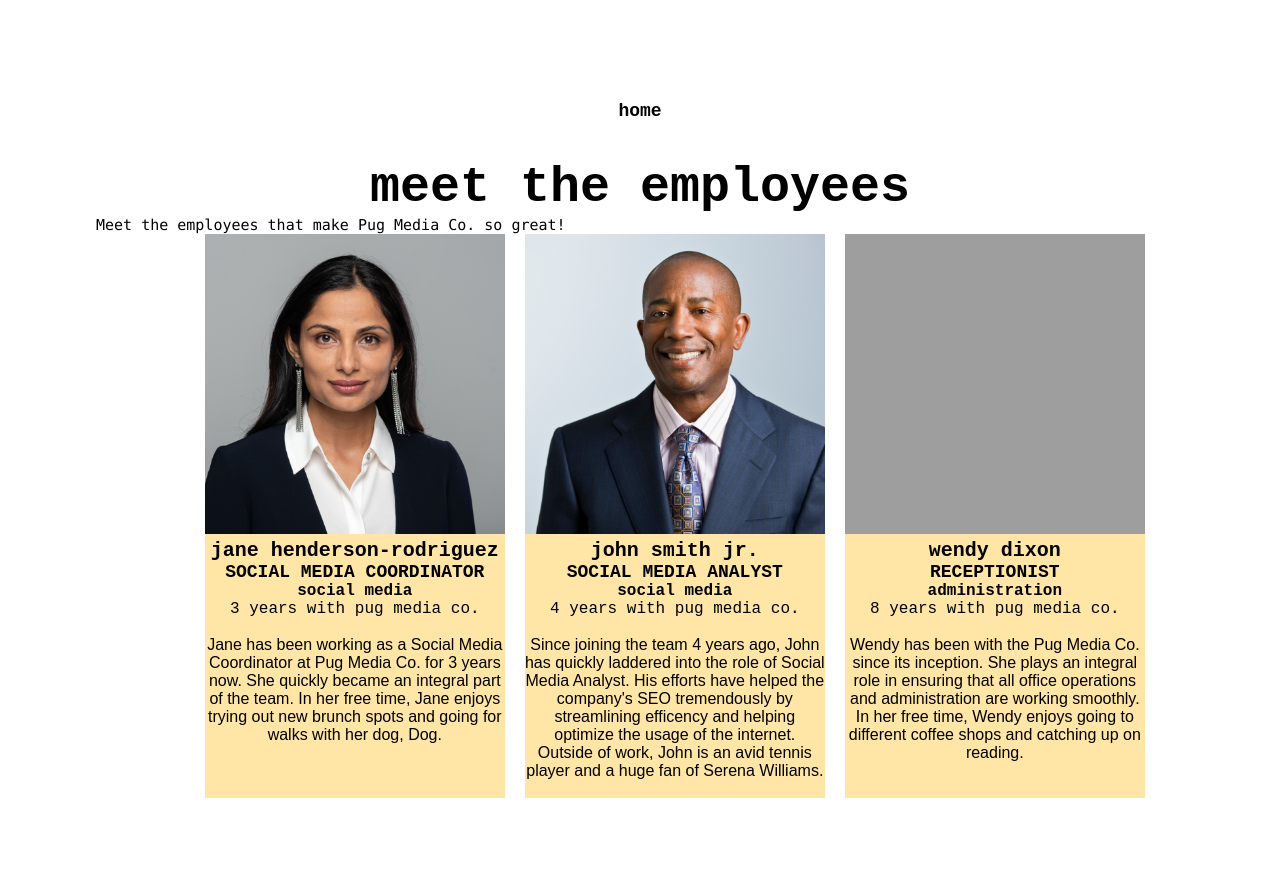
Repository: cheungglenda/MDIA2109-Week3
Page: /about
An editor plug-in stored every save of this project. The page is shown before and after the next save, followed by the edit.
The browser window is 1280 px wide. The pictures show the whole page.
Pictures or frames that could not be fetched are drawn as grey boxes. The project was rebuilt for these pictures with package versions that can differ from the ones it lists, and the page was loaded fresh each time. The framework's server and built-in components were replaced by stand-ins that run in the browser. Also part of the build but not shown: next.config.js.

Above is the page before, as saved 2023-01-20 12:42:37.

After the next save:
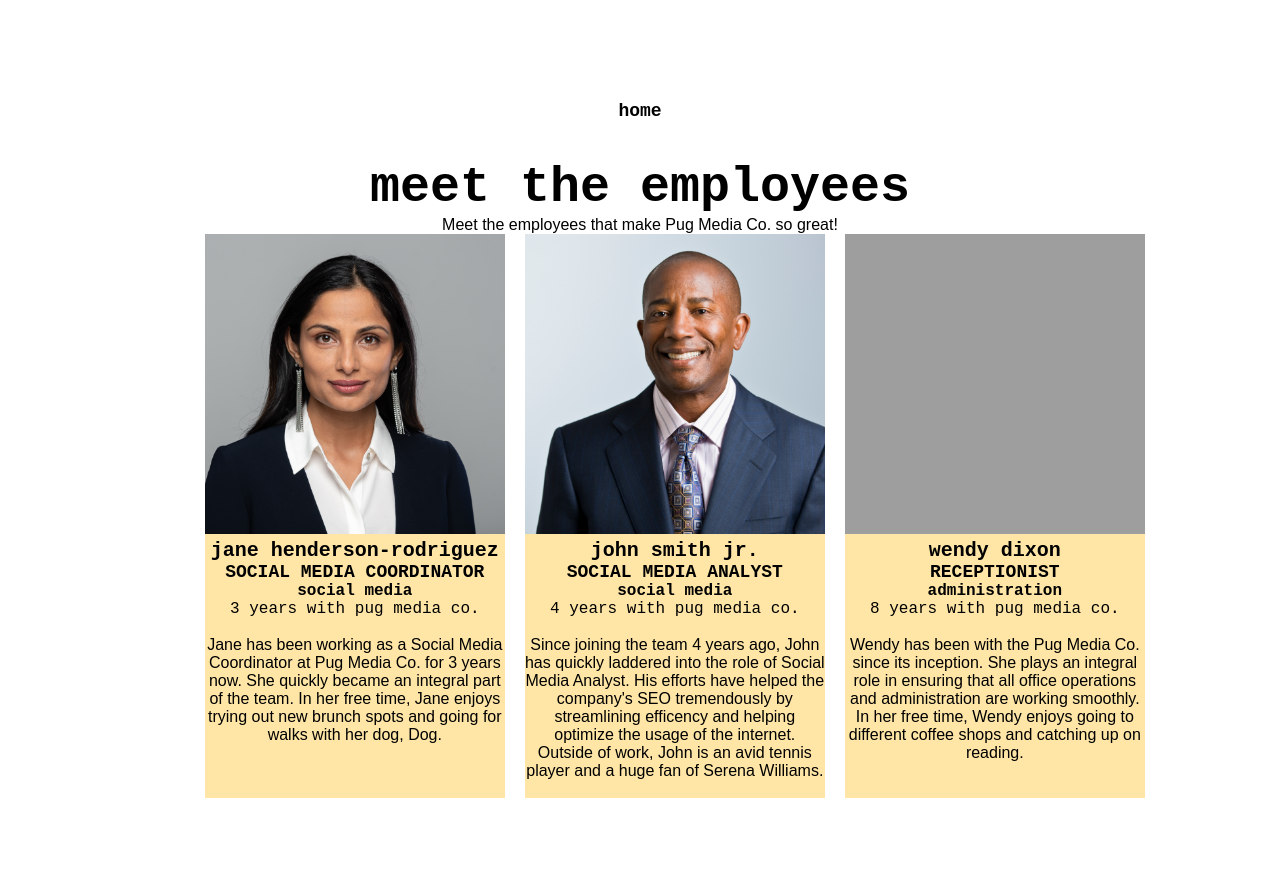
Saved 9 s later.
--- a/pages/about.js
+++ b/pages/about.js
@@ -22,7 +22,7 @@ export default function About() {
       <Link href="/" className={styles.links}>Home</Link>
 
       <div className={styles.meetTitle}>Meet the Employees</div>
-      <div className={styles.description}>Meet the employees that make Pug Media Co. so great!</div>
+      <div className={styles.titleDesc}>Meet the employees that make Pug Media Co. so great!</div>
 
         <div className={styles.grid}>
           <div className={styles.employees}>
